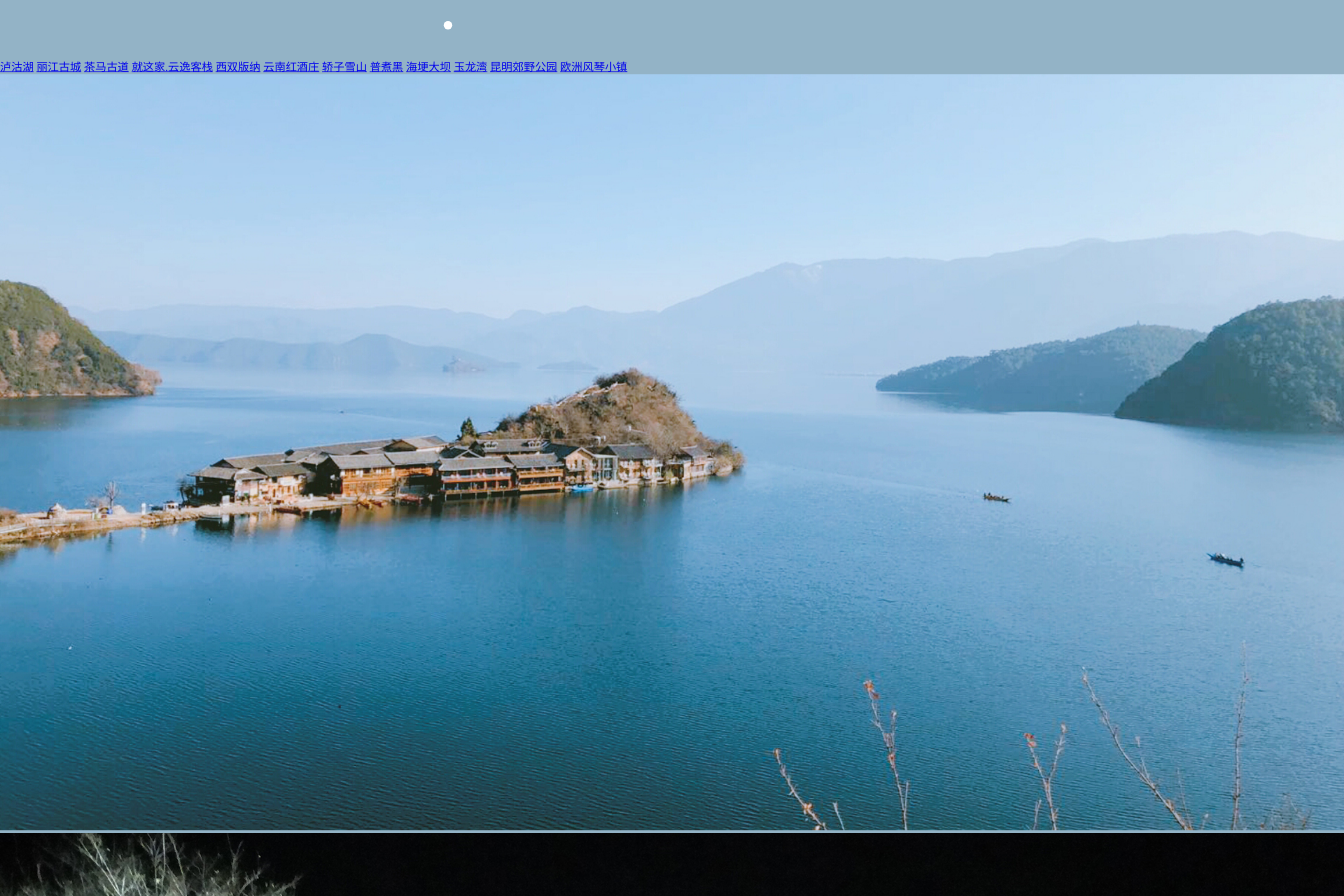
Repository: zhenzhen-gong/-jQuerydemo
Page: index.html
An editor plug-in stored every save of this project. The page is shown before and after the next save, followed by the edit.
The browser window is 1280 px wide. The page is 1920 px wide, so the pictures cover 1920 px, including what lies to the right of the window. The pictures show the part of the page from y = 0 to 1280 px (the page is 13114 px tall before and 13144 px after), at 70% of full size.

Above is the page before, as saved 2020-06-05 11:21:47.

After the next save:
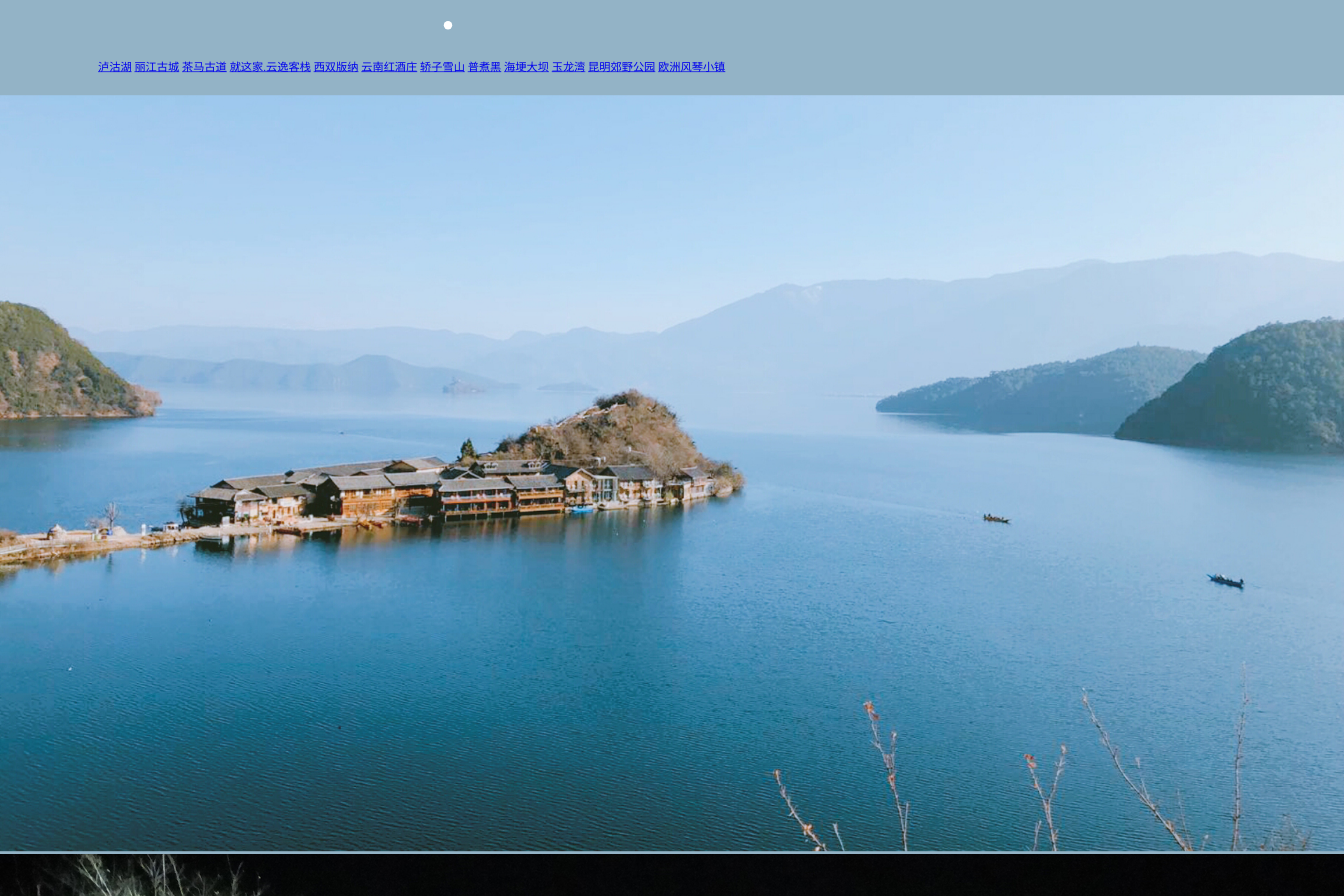
Saved 23 s later.
--- a/style.css
+++ b/style.css
@@ -14,4 +14,5 @@ body{
 }
 nav{
     width: 78.125vw;
+    margin: 0 auto 30px;
 }
